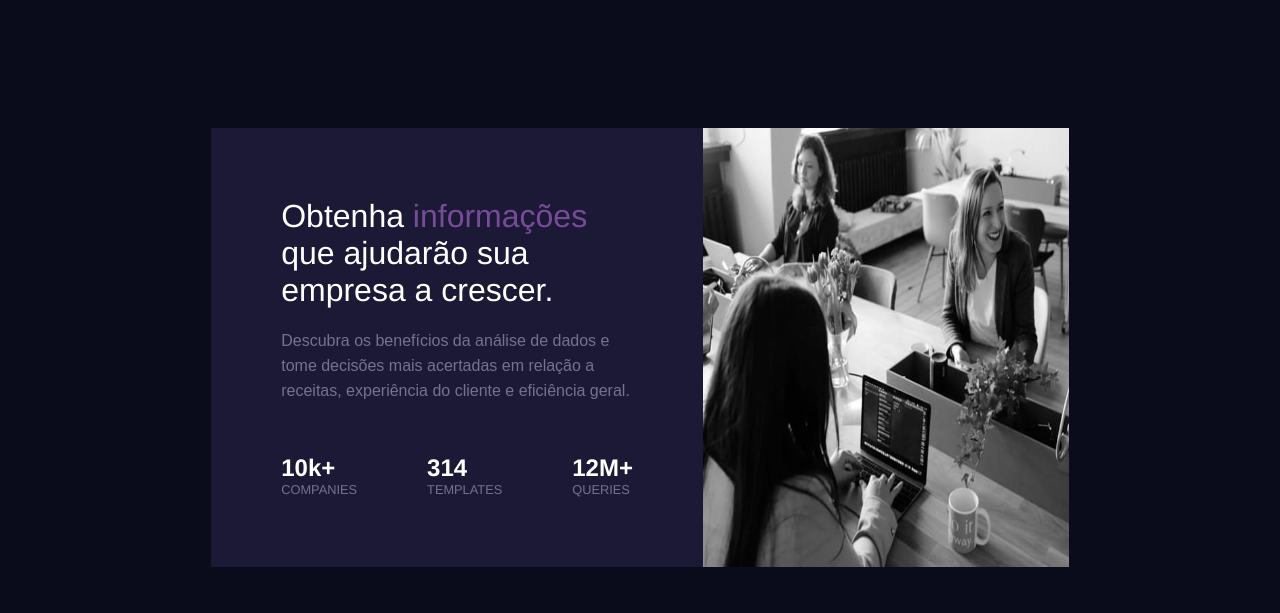
Repository: caique2512/componentes-de-estatisticas
Page: index.html
An editor plug-in stored every save of this project. The page is shown before and after a run of saves, followed by the edit.
The browser window is 1280 px wide. The pictures show the whole page.

Above is the page before, as saved 2026-03-03 17:51:49.

### index.html
<!DOCTYPE html>
<html lang="pt-br">
<head>
    <meta charset="UTF-8">
    <meta name="viewport" content="width=device-width, initial-scale=1.0">
    <title>Estatisticas</title>
    <link rel="stylesheet" href="src/reset.css">
    <link rel="stylesheet" href="src/estilos.css">
</head>
<body>
    <main class="conteudo">
        <div class="conteudo-principal">
            <h1 class="titulo">Obtenha <span>informações</span> que ajudarão sua empresa a crescer.</h1>
            <p class="subtitulo">Descubra os benefícios da análise de dados e tome decisões mais acertadas em relação a receitas, experiência do cliente e eficiência geral.</p>
            <ul class="estatisticas">
                <ul class="item1">
                    <li class="descricao">10k+</li>
                    <li>COMPANIES</li>
                </ul>
                <ul class="item2">
                    <li class="descricao">314</li>
                    <li>TEMPLATES</li>
                </ul>
                <ul class="item3">
                    <li class="descricao">12M+</li>
                    <li>QUERIES</li>
                </ul>
            </ul>
        </div>
        <picture class="img">
            <img src="./images/image-header-desktop.jpg" alt="Mulheres no escritório">
        </picture>
    </main>
</body>
</html>

### src/estilos.css
body {
    background-color: #0A0C1B;
}

.conteudo {
    background-color: #1C1937;
    display: flex;
    max-width: calc(100% - 33%);
    margin: 0 auto;
    margin-top: 10%;
}

.conteudo-principal {
    padding: 70px;
    width: 500px;
}

.conteudo-principal .titulo {
    color: white;
    font-weight: 100;
    font-family: 'Franklin Gothic Medium', 'Arial Narrow', Arial, sans-serif;
    margin-bottom: 20px;
}

.conteudo-principal .titulo span {
    color: #784B99;
}

.conteudo-principal .subtitulo {
    color: #74728e;
    font-family: Arial, Helvetica, sans-serif;
    line-height: 1.56rem;
}

.conteudo-principal .estatisticas {
    display: flex;
    gap: 70px;
    margin-top: 50px;
}

.conteudo-principal .estatisticas .descricao {
    color: white;
    list-style: none;
    font-size: 1.5rem;
    font-weight: 600;
    font-family: 'Franklin Gothic Medium', 'Arial Narrow', Arial, sans-serif;
}

.conteudo-principal .estatisticas li {
    color: #74728e;
    font-family: 'Franklin Gothic Medium', 'Arial Narrow', Arial, sans-serif;
    font-size: 0.8rem;
    list-style: none;
}

.conteudo .img img {
    width: 100%;
    height: 100%;
    position: relative;
}

.con

Loaded but not shown: src/reset.css (common file)

After the next 4 saves:
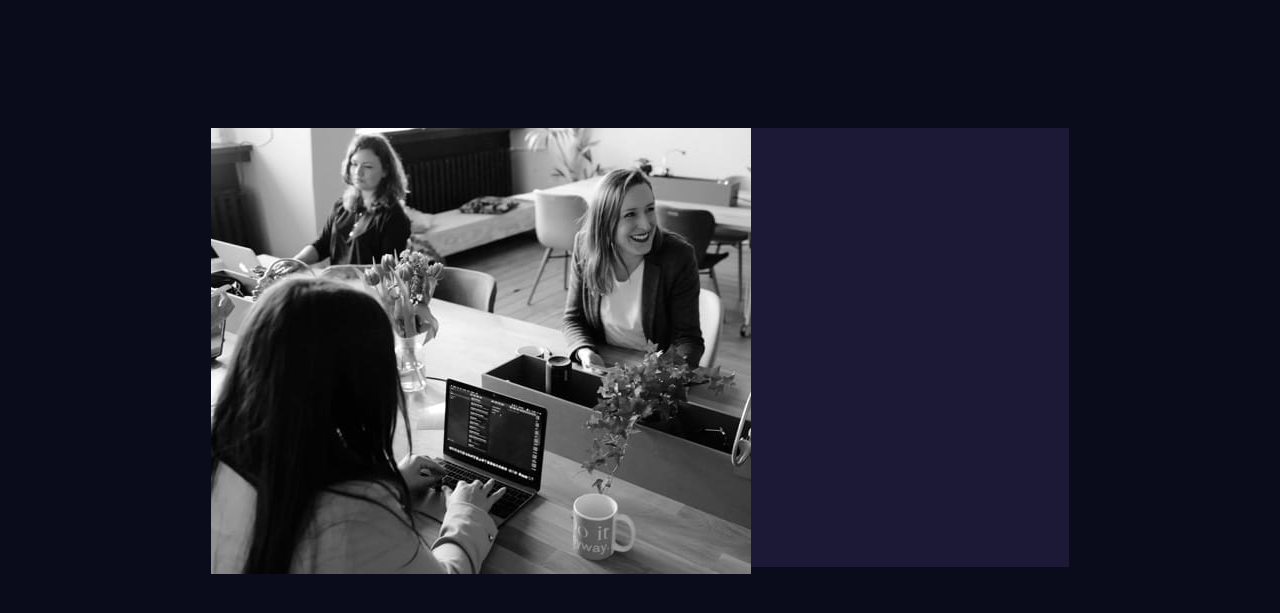
The 4 saves are shown as one change because they came seconds apart.
The last was saved 14 s later.
--- a/src/estilos.css
+++ b/src/estilos.css
@@ -59,4 +59,7 @@ body {
     position: relative;
 }
 
-.con
+.conteudo .img {
+    position: absolute;
+
+}
